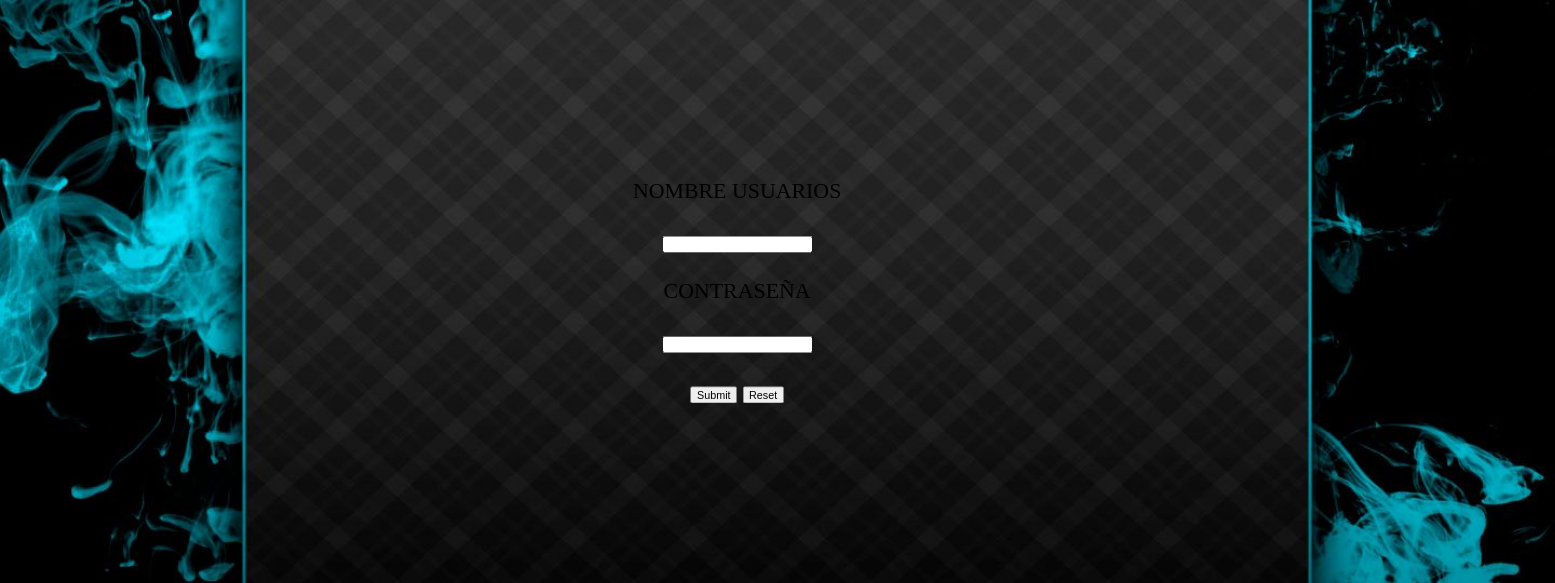
Repository: Gr0ot2/testing
Page: http://localhost/proyecto/acceso_pupilaje.jsp
The author's editor kept a copy of each file at every save. The page is drawn from the files as they stood at one save, then again after the next save.
The browser window is 1920 px wide. The pictures show the whole page, at 81% of full size.
The page is served by Tomcat 9. Other server files are loaded and not shown.

Above is the page before, as saved 2023-05-24 07:46:18.

### proyecto_final/proyecto_final/proyecto/WebContent/acceso_pupilaje.jsp
<%@ page language="java" contentType="text/html; charset=ISO-8859-1"
    pageEncoding="ISO-8859-1"%>
<!DOCTYPE html>
<html>
<head>
<meta charset="ISO-8859-1">
<link href="acceso_pupilaje.css" type="text/css" rel="stylesheet">
<title>Insert title here</title>
</head>
<body>
<form action="acceso_pupilaje" method="post">
<div id="cuestionario">
<label id="label">NOMBRE USUARIOS</label>
<br><br>
<input name="user" type="text"/>
<br><br>
<label id="label">CONTRASEÑA</label>
<br><br>
<input name="password" type="text"/>
<br></br>
 <input name="enviar" type="submit"/>
 <input name="reset" type="reset"/>
 </div>
</form>


</body>
</html>

### proyecto_final/proyecto_final/proyecto/WebContent/acceso_pupilaje.css
@charset "ISO-8859-1";
@charset "ISO-8859-1";
@media screen and (max-width: 780px) {
body {
 background-image:url("img/fondo-de-caballos-jugando (1).jpg");

   background-size: cover;
  background-repeat: no-repeat;
  background-position: center top;
    text-decoration: none;
    padding: 20px;
    font-size: 20px;
    text-align: center;
}

#cuestionario{
bottom: 125px;
}

}
@media screen and (min-width:1900px) {
body{
  background-image: url("img/fondo_login.jpg");
  background-position: center top;
  background-repeat: no-repeat;
  background-attachment: fixed;
  background-size: cover;
  margin: 0; /* Asegura que no haya margen en el cuerpo de la página */
  padding: 0; /* Asegura que no haya relleno en el cuerpo de la página */
  text-decoration: none;
    padding: 20px;
    font-size: 20px;
    text-align: center;
    left: 50px;

}

#cuestionario{
position: relative;
top: 200px;
right: 50px;
font-size: 27px;
}

  }
@media screen and (max-width:1300px) {
body{
  background-image: url("img/fondo_login.jpg");
  background-position: center center;
  background-repeat: no-repeat;
  background-attachment: fixed;
  background-size: cover;
  margin: 0; /* Asegura que no haya margen en el cuerpo de la página */
  padding: 0; /* Asegura que no haya relleno en el cuerpo de la página */
  text-decoration: none;
    padding: 20px;
    font-size: 20px;
    text-align: center;
    left: 50px;

}

#cuestionario{
position: relative;
top: 450px;
right: 15px;
font-size: 25px;
}

  }

After the next save:
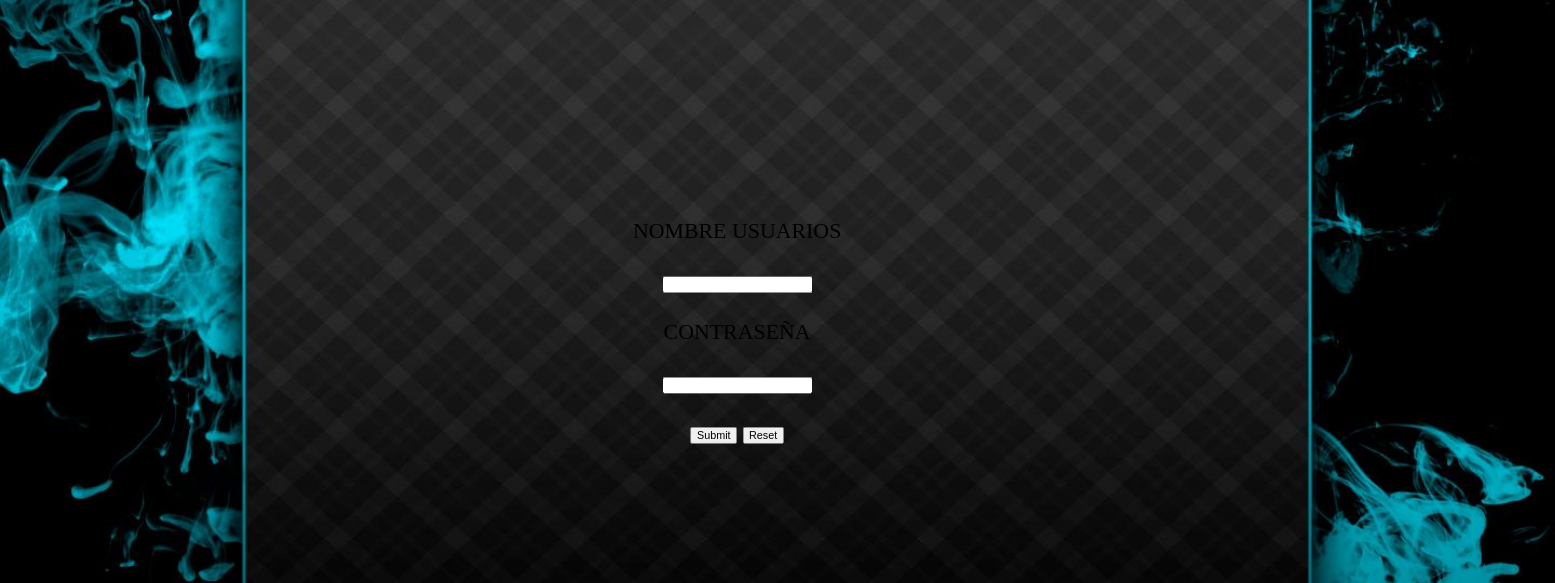
Saved 7 s later.
--- a/proyecto_final/proyecto_final/proyecto/WebContent/acceso_pupilaje.css
+++ b/proyecto_final/proyecto_final/proyecto/WebContent/acceso_pupilaje.css
@@ -37,7 +37,7 @@
 
 #cuestionario{
 position: relative;
-top: 200px;
+top: 250px;
 right: 50px;
 font-size: 27px;
 }

After the save that followed:
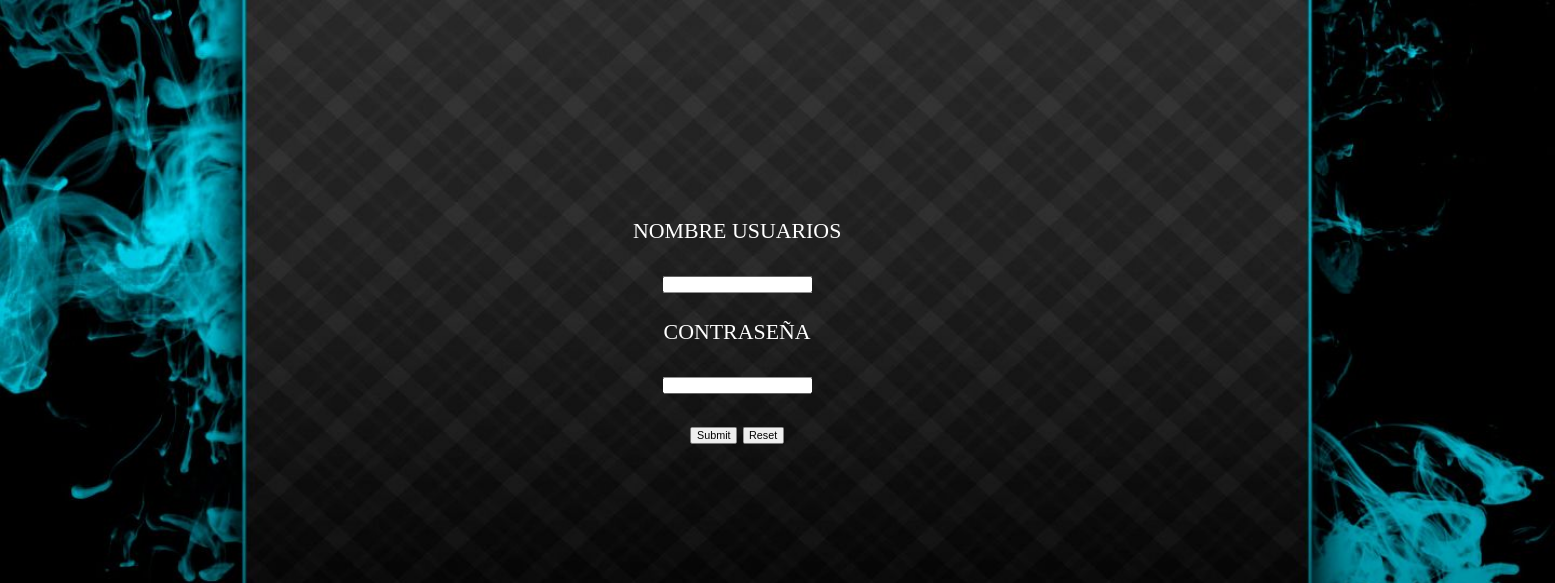
Saved 13 s later.
--- a/proyecto_final/proyecto_final/proyecto/WebContent/acceso_pupilaje.css
+++ b/proyecto_final/proyecto_final/proyecto/WebContent/acceso_pupilaje.css
@@ -40,6 +40,7 @@
 top: 250px;
 right: 50px;
 font-size: 27px;
+color: white;
 }
 
   }
